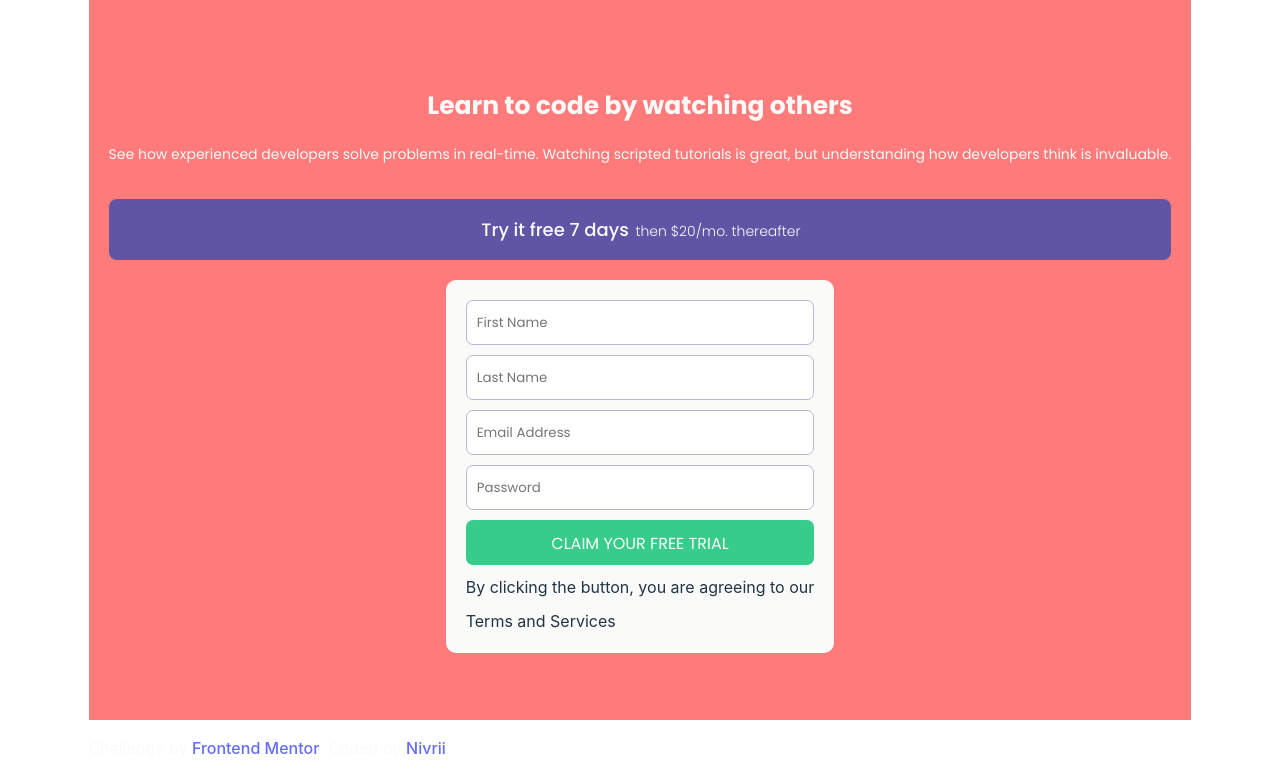
Repository: nivrii/intro-component-with-signup
Page: /
The author's editor kept a copy of each file at every save. The page is drawn from the files as they stood at one save, then again after the next save.
The browser window is 1280 px wide. The pictures show the whole page.
The project was rebuilt for these pictures with package versions that can differ from the ones it lists, and the page was loaded fresh each time. Also part of the build but not shown: vite.config.js.

Above is the page before, as saved 2023-10-12 11:37:25.

### src/App.jsx
import { Footer } from './Footer/Footer';
import { Form } from './Form/Form';
import { Card } from './Card/Card';
import { Content } from './Content/Content';
import "./App.css";

function App() {

  return (
    <>
      <div className="container">
        <Content     />
        <Card     />
        <Form     />
      </div>
      <Footer    />
    </>
  );
}

export default App;

### src/Footer/Footer.jsx
import "./Footer.css";
export function Footer() {
  const coder = "Nivrii";
  return (
    <footer>
      <p className="attribution">
        Challenge by{" "}
        <a
          href="https://www.frontendmentor.io?ref=challenge"
          target="_blank"
          rel="noreferrer"
        >
          Frontend Mentor
        </a>
        . Coded by{" "}
        <a href="https://github.com/Nivrii/intro-component-with-signup">
          {coder}
        </a>
        .
      </p>
    </footer>
  );
}

### src/Form/Form.jsx
import "./Form.css";
export function Form() {
  return (
    <form action="submit" className="form">
      <input type="text" placeholder="First Name" name='fName' className="input"/>
      <input type="text" placeholder="Last Name" name='lName' className="input"/>
      <input type="email" placeholder="Email Address" name='email' className="input"/>
      <input type="password" placeholder="Password" name='password' className="input"/>
      <button type="submit" className="btn">Claim your free trial</button>
      <p>By clicking the button, you are agreeing to our</p>
      <p>Terms and Services</p>
    </form>
  );
}

### src/Card/Card.jsx
import "./Card.css";
export function Card() {
  return (
      <div className="card__content">
        <p><span>Try it free 7 days </span>
        then $20/mo. thereafter</p>
      </div>
  );
}

### src/Content/Content.jsx
import "./Content.css";
export function Content() {
  return (
    <div className="content">
      <h4>Learn to code by watching others</h4>
      <p>
        See how experienced developers solve problems in real-time. Watching
        scripted tutorials is great, but understanding how developers think is
        invaluable.
      </p>
    </div>
  );
}

### src/App.css
*{
  box-sizing: border-box;
  border: 0;
  padding: 0;
}
:root{
  /*Primary colors*/
  --red:hsl(0, 100%, 74%);
  --green: hsl(154, 59%, 51%);
  /*Accent colors*/
  --blue: hsl(248, 32%, 49%);
  --white:#FAFAF9;
  /*Neutral colors*/
  --dark-blue: hsl(249, 10%, 26%);
  --grayish-blue: hsl(246, 25%, 77%);
  /*typography*/
  --fSize: 14px;
  --w4: 400;
  --w5: 500;
  --w6: 600;
  --w7: 700;
}
@font-face {
  font-family: "Poppins-bold";
  src: url(./assets/Fonts/poppins/Poppins-Bold.otf) format("opentype");
}
@font-face {
  font-family: "Poppins-regular";
  src: url(./assets/Fonts/poppins/Poppins-Regular.otf) format("opentype");
}
@font-face {
  font-family: "Poppins-medium";
  src: url(./assets/Fonts/poppins/Poppins-Medium.otf) format("opentype");
}
@font-face {
  font-family: "Poppins-light";
  src: url(./assets/Fonts/poppins/Poppins-Light.otf) format("opentype");
}
body{
  display: flex;
  flex-direction: column;
}
.container{
  display: flex;
  flex-direction: column;
  align-items: center;
  justify-content: center;
  height: 100vh;
  width: 100%;
  background-color: var(--red);
  padding: 20px;
}

### src/Footer/Footer.css
@import url(../App.css);

.attribution{
    color: var(--white);
}

### src/Form/Form.css
@import url(../App.css);

.form {
  display: flex;
  flex-direction: column;
  background-color: var(--white);
  padding: 20px;
  gap: 10px;
  border-radius: 10px;
  & .input,
  .btn {
    height: 45px;
    width: 100%;
    border-radius: 7px;
    font-family: "Poppins-regular", sans-serif;
  }
  & .input {
    border: 1px solid var(--grayish-blue);
    padding-left: 10px;
  }
  & .btn {
    background-color: var(--green);
    color: var(--white);
    text-transform: uppercase;
    transition-duration: 0.3s;
    transition-timing-function: ease;
    &:hover {
        transform: scale(1.05);
    }
  }
  & p{
    margin: 0;
  }
}

### src/Card/Card.css
@import url(../App.css);

.card__content{
    width: 100%;
    background-color: var(--blue);
    border-radius: 8px;
    padding: 15px 40px;
    margin: 20px 0;
    & *{
        color: var(--white);
        text-align: center;
        margin: 2px;
    }& span{
        font-size: 18px;
        font-family: 'Poppins-medium', sans-serif;
    }
    & p{
        font-family: 'Poppins-light', sans-serif;
        font-size: var(--fSize);

    }
}

### src/Content/Content.css
@import url(../App.css);

.content {
  & * {
    color: var(--white);
    text-align: center;
  }
  & h4 {
    font-size: 25px;
    margin: 20px;
    font-family: 'Poppins-bold', sans-serif;
  }
  & p {
    font-size: var(--fSize);
    font-family: 'Poppins-regular', sans-serif;
  }
}

Loaded but not shown: index.html (common file); src/main.jsx (common file); src/index.css (common file)

After the next save:
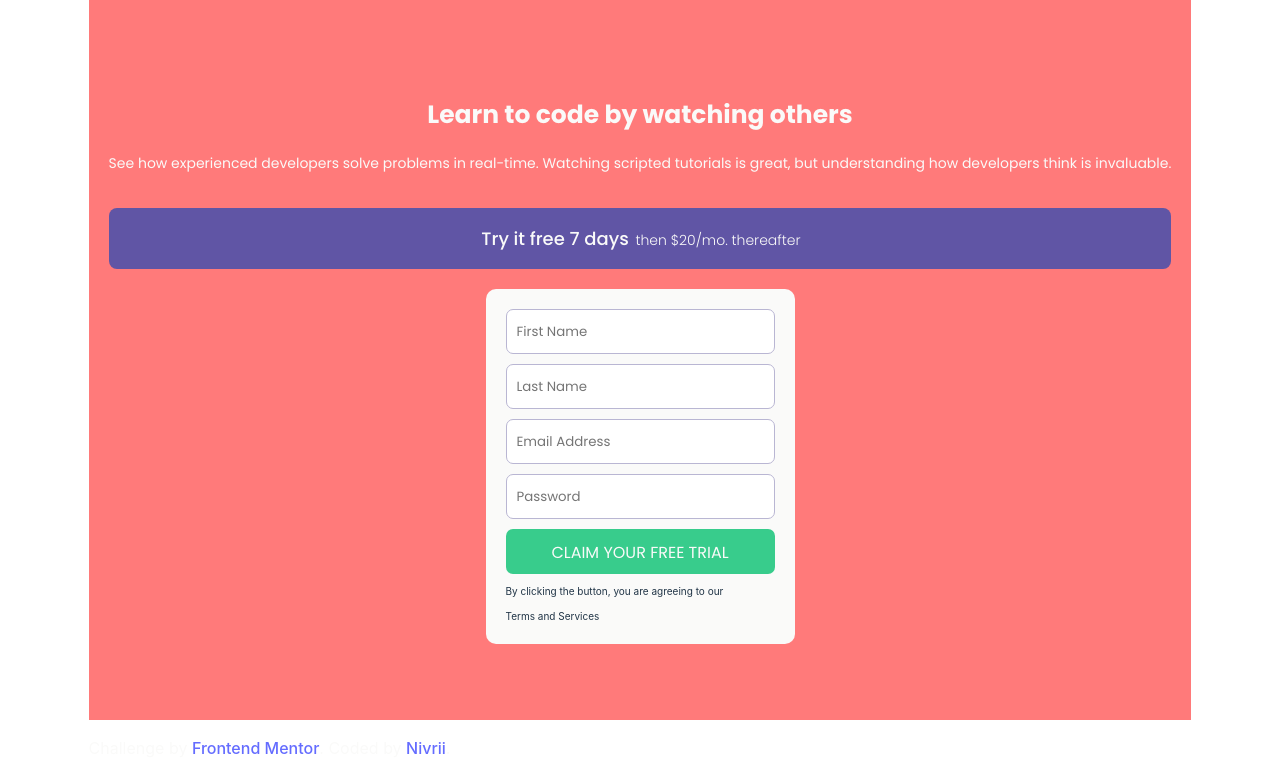
Saved 12 s later.
--- a/src/Form/Form.css
+++ b/src/Form/Form.css
@@ -30,5 +30,6 @@
   }
   & p{
     margin: 0;
+    font-size: 10px;
   }
 }
